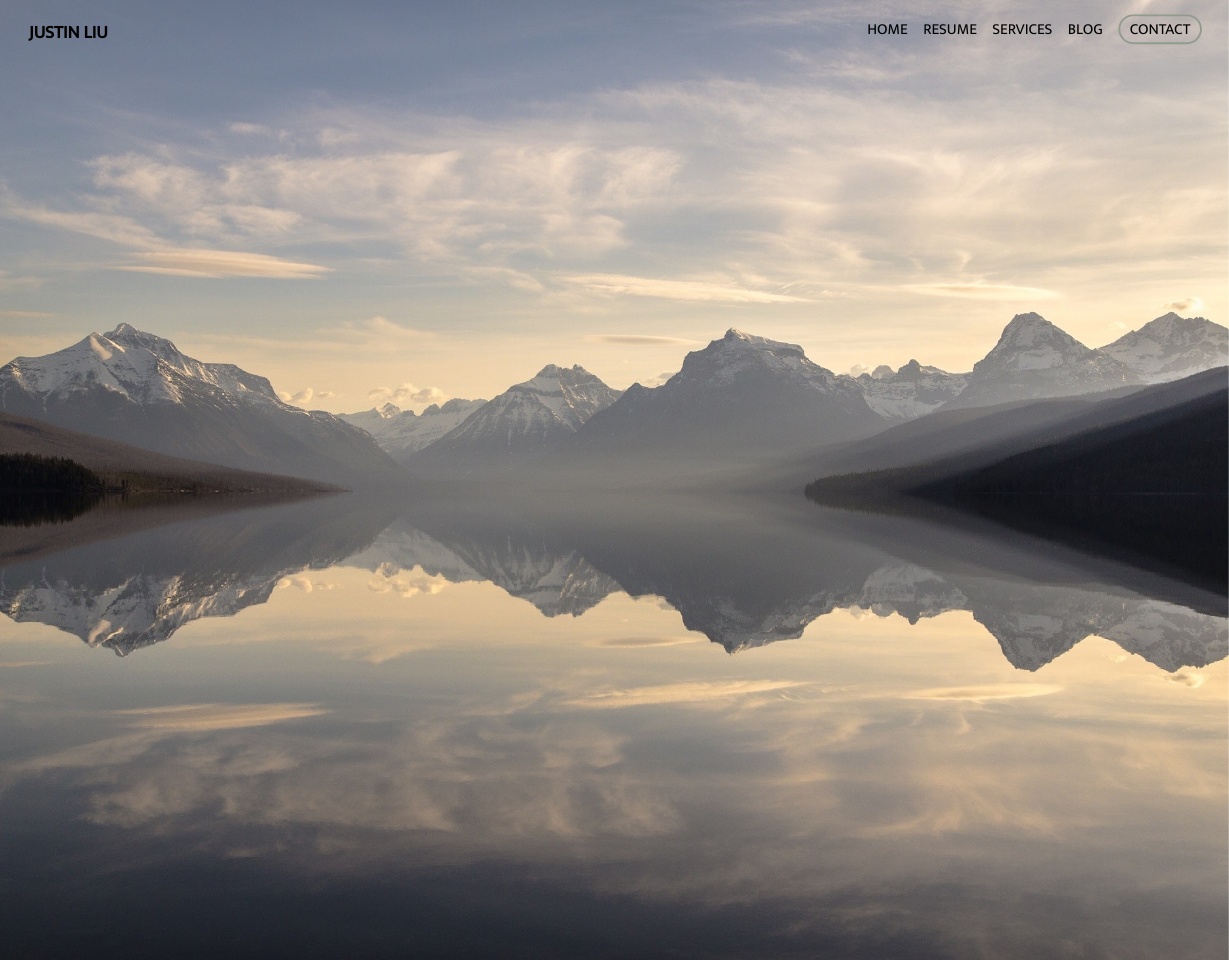
Repository: justinliu88/personal-projects
Page: index.html
These files come from the project's save history. The page is drawn as it stood at one moment and after the next save; the edit follows.
The browser window is 1280 px wide. The pictures show the whole page, at 96% of full size.
Some web libraries are served in a nearby version. The style sheet was rebuilt from its Sass, Less or Tailwind sources for each picture, by a compiler version that may differ from the author's.

Above is the page before, as saved 2020-03-17 10:55:43.

After the next save:
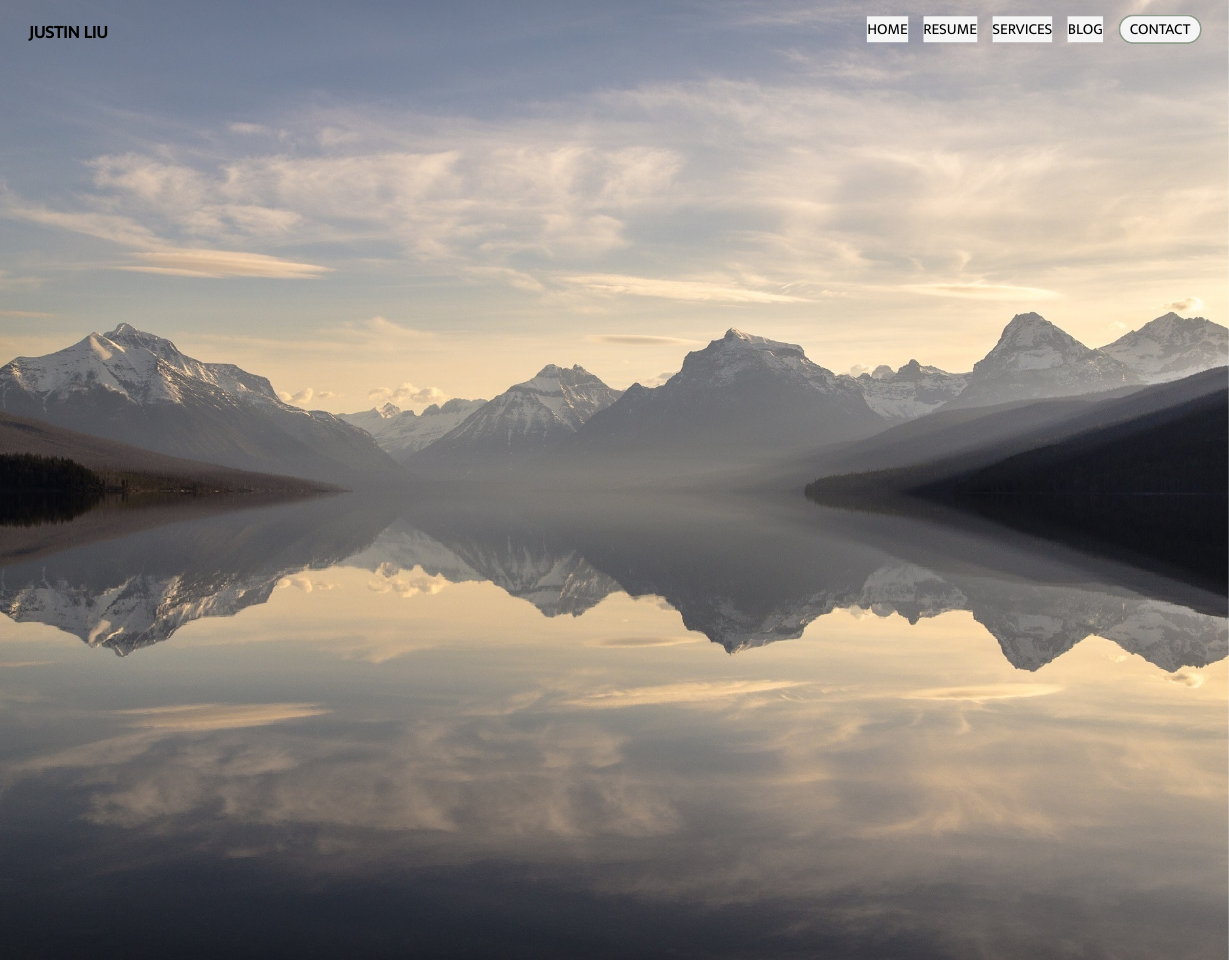
Saved 34 s later.
--- a/main.scss
+++ b/main.scss
@@ -37,6 +37,7 @@ body {
             text-decoration: none;
             transition: all 0.1s ease 0s;
             color: black;
+            background-color: whitesmoke;
             &:hover {
                 color: #919c8c;
                 border-bottom: 3px solid #919c8c;
